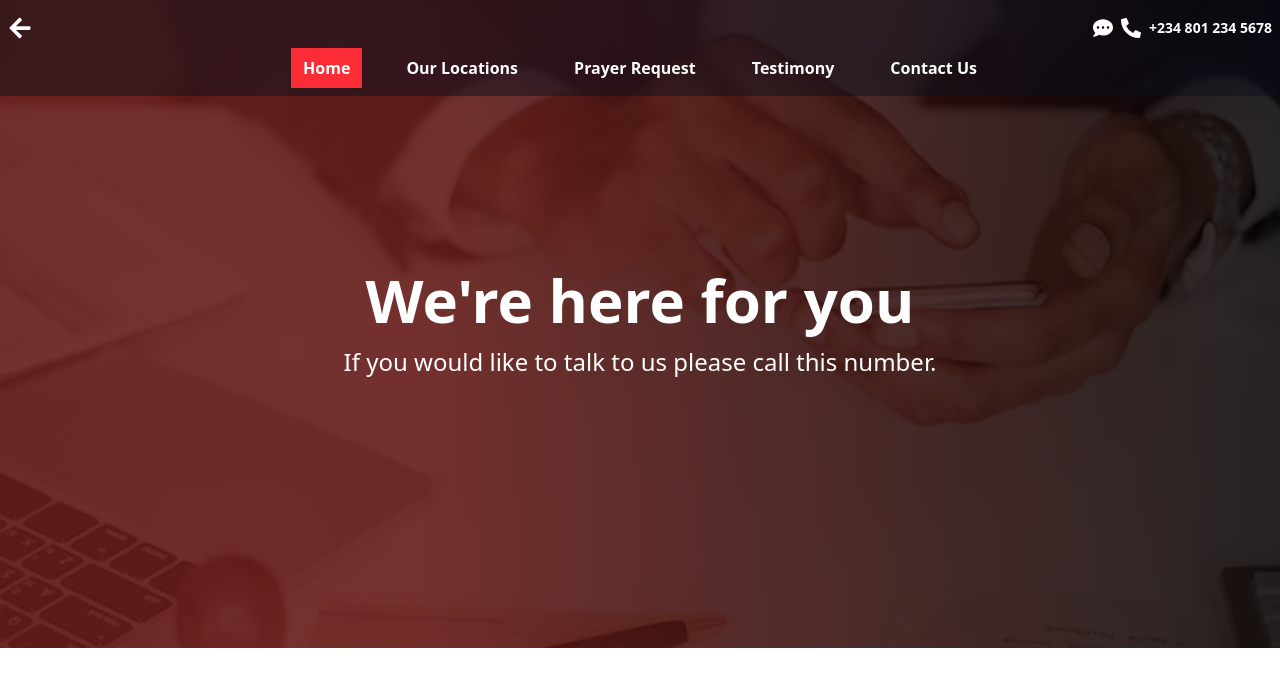
Repository: EmmyDunny1/HCEC-Website
Page: /Contact-Us/Home
The author's editor kept a copy of each file at every save. The page is drawn from the files as they stood at one save, then again after the next save.
The browser window is 1280 px wide. The pictures show the whole page.
The project was rebuilt for these pictures with package versions that can differ from the ones it lists, and the page was loaded fresh each time. The framework's server and built-in components were replaced by stand-ins that run in the browser. Also part of the build but not shown: next.config.ts.

Above is the page before, as saved 2025-07-16 14:33:37.

### app/layout.tsx
import type { Metadata } from "next";
import { Geist, Geist_Mono } from "next/font/google";
import "./globals.css";

const geistSans = Geist({
  variable: "--font-geist-sans",
  subsets: ["latin"],
});

const geistMono = Geist_Mono({
  variable: "--font-geist-mono",
  subsets: ["latin"],
});

export const metadata: Metadata = {
  title: "Official HCEC Website",
  description: "His Coming Evangelical Church Website",
};

export default function RootLayout({
  children,
}: Readonly<{
  children: React.ReactNode;
}>) {
  return (
    <html lang="en">
    <head>
      <link rel="icon" href="/public/assets/HCEC_LOGO.png" />
    </head>
      <body
        className={`${geistSans.variable} ${geistMono.variable} antialiased`}
      >

        {children}
        {/* Footer Component */}
      </body>
    </html>
  );
}

### app/Contact-Us/Home/page.tsx
import React from 'react';
import Image from 'next/image';
import ContactLinks from '@/app/Contact-Us/ContactLinks/ContactLinks'



export default function ContactHome() {
  return (
    <div>
    <div className="relative w-full h-[90vh] flex items-center justify-center">
      {/* Background Image */}
      <Image
        src="/assets/contact.jpg"
        alt="Contact background"
        fill
        className="object-cover"
        priority
      />
      {/* Overlay */}
      <div className="absolute inset-0 bg-black/50 flex flex-col items-center justify-center text-center px-4">
        <h1 className="text-4xl md:text-6xl font-bold text-white mb-4">We&apos;re here for you</h1>
        <p className="text-lg md:text-2xl text-white">
          If you would like to talk to us please call this number.
        </p>
      </div>
    </div>

    <ContactLinks />
    </div>
  );
}

### app/Contact-Us/ContactLinks/ContactLinks.tsx
'use client';
import Link from "next/link";
import { usePathname } from "next/navigation";
import { BiMenuAltRight } from "react-icons/bi";
import { FaArrowLeft, FaPhoneAlt, FaCommentDots } from "react-icons/fa";
import { useState } from "react";

const contactNavLinks = [
  { label: "Home", link: "/Contact-Us/Home" },
  { label: "Our Locations", link: "/Contact-Us/Our-Locations" },
  { label: "Prayer Request", link: "/Contact-Us/Prayer-Request" },
  { label: "Testimony", link: "/Contact-Us/Testimony" },
  { label: "Contact Us", link: "/Contact-Us/Get-In-Touch" },
];

export default function ContactLinks() {
  const pathname = usePathname();
  const [open, setOpen] = useState(false);

  // Close menu on link click (mobile only)
  const handleLinkClick = () => {
    if (window.innerWidth < 768) setOpen(false);
  };

  return (
    <nav className="w-full fixed top-0 z-10 shadow-white bg-[#0C101C] h-screen md:bg-[#0C101C]/50 md:h-[6rem] py-4 px-2">
      <div className="flex items-center justify-between mb-2">
        {/* Back to homepage icon (left) */}
        <Link href="/" className="text-white hover:text-red-400 flex items-center">
          <FaArrowLeft className="text-2xl" />
        </Link>
        {/* Hamburger menu for mobile */}
        <button
          className="md:hidden text-white text-2xl"
          onClick={() => setOpen((prev) => !prev)}
          aria-label="Toggle menu"
        >
          <BiMenuAltRight />
        </button>
        {/* Chat/Call icon and phone (right) */}
        <a
          href="tel:+2348012345678"
          className="text-white hover:text-green-400 flex items-center gap-2"
        >
          <FaCommentDots className="text-xl" />
          <FaPhoneAlt className="text-xl" />
          <span className="hidden md:inline text-sm font-semibold">+234 801 234 5678</span>
        </a>
      </div>
      {/* Nav links */}
      <ul
        className={`flex flex-col md:flex-row gap-2 md:gap-8 justify-center items-center mt-2
          ${open ? "block" : "hidden"} md:flex`}
      >
        {contactNavLinks.map((item) => (
          <li key={item.label} className="w-full md:w-auto">
            <Link
              href={item.link}
              className={`block text-white font-semibold px-3 py-2 transition text-center
                ${pathname === item.link ? " bg-red-500 text-white shadow" : "hover:bg-red-500/50 hover:text-white"}`}
              onClick={handleLinkClick}
            >
              {item.label}
            </Link>
          </li>
        ))}
      </ul>
    </nav>
  );
}

Loaded but not shown: app/globals.css (common file)

After the next save:
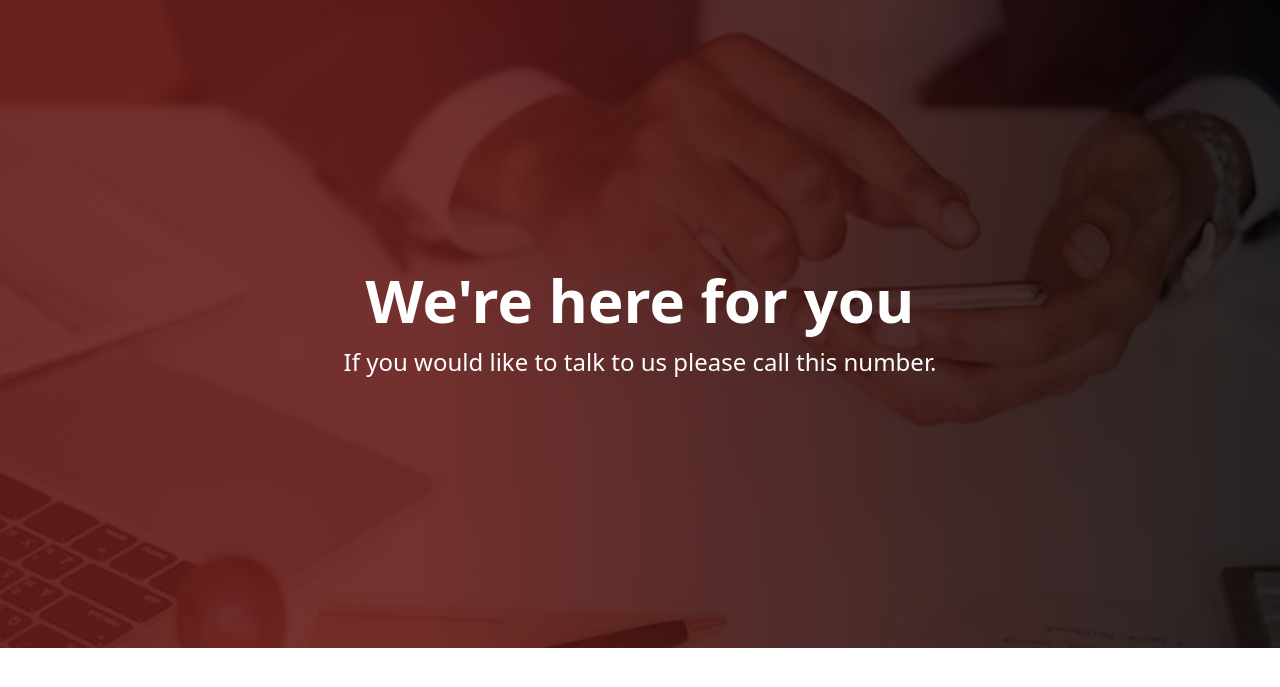
Saved 2 min 10 s later.
--- a/app/Contact-Us/Home/page.tsx
+++ b/app/Contact-Us/Home/page.tsx
@@ -25,7 +25,7 @@
       </div>
     </div>
 
-    <ContactLinks />
+
     </div>
   );
 }

After the 3 saves that followed:
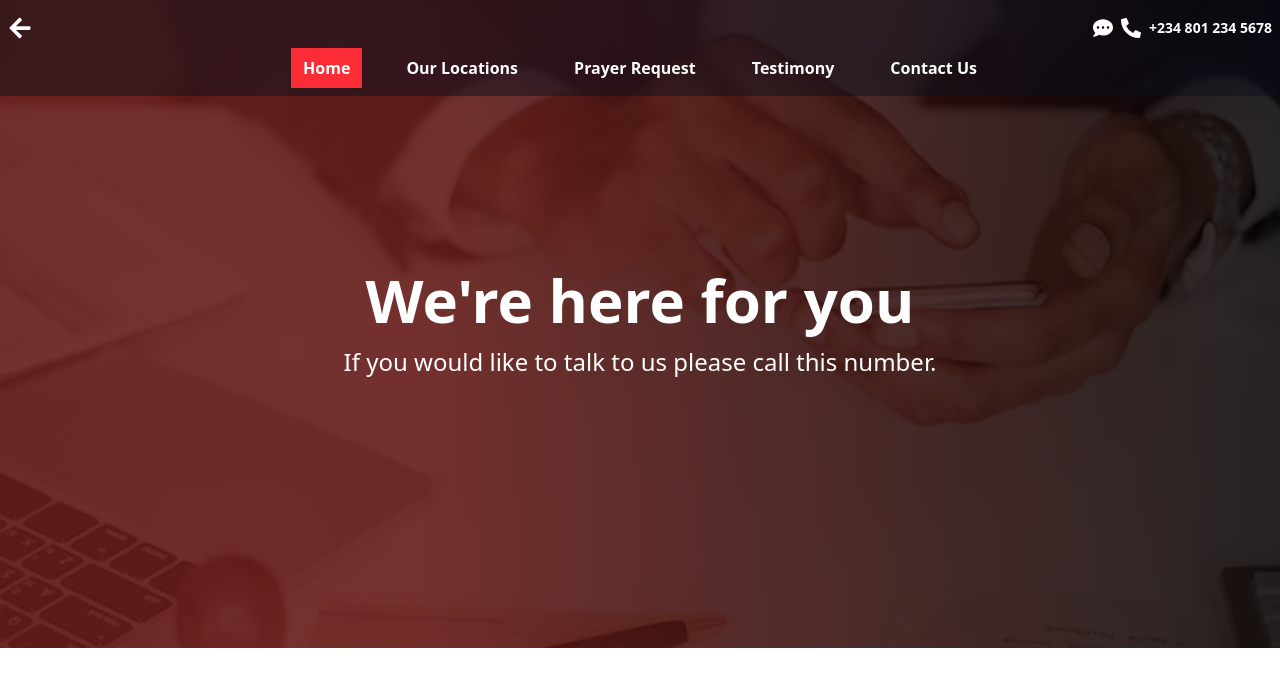
The 3 saves are shown as one change because 1 left the picture as it was and some came seconds apart.
The last was saved 2 min 23 s later.
--- a/app/Contact-Us/Home/page.tsx
+++ b/app/Contact-Us/Home/page.tsx
@@ -25,7 +25,7 @@
       </div>
     </div>
 
-
+    <ContactLinks />
     </div>
   );
 }
